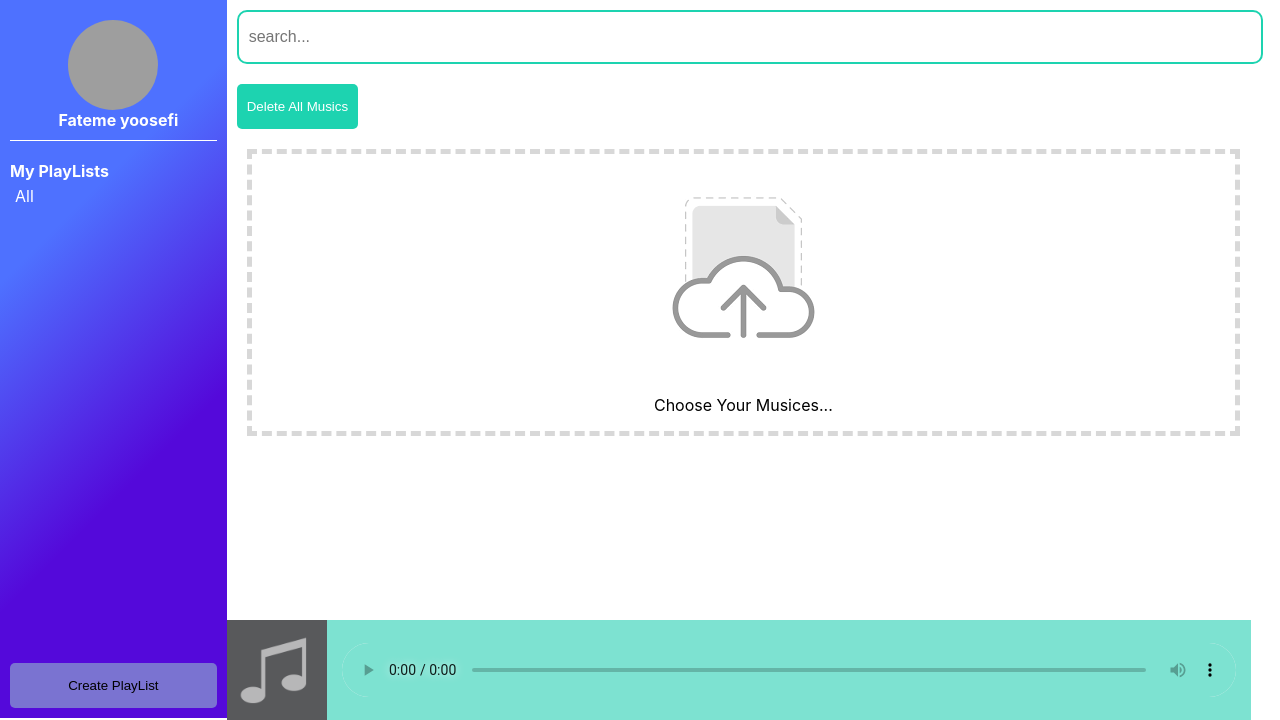
Repository: fateme81yosefi/musicPlayer
Page: /
The author's editor kept a copy of each file at every save. The page is drawn from the files as they stood at one save, then again after the next save.
The browser window is 1280 px wide. The pictures show the whole page.
Pictures or frames that could not be fetched are drawn as grey boxes. The project was rebuilt for these pictures with package versions that can differ from the ones it lists, and the page was loaded fresh each time.

Above is the page before, as saved 2025-06-28 13:48:54.

### src/App.js
import React from 'react';
import FileUploader from './Data/FileUploader/FileUploader';
import MainPage from './Components/MainPage/MainPage';


const App = () => {



  return (
    <div>
      <MainPage />
    </div>
  );
}

export default App;

### src/Data/FileUploader/FileUploader.js
import React, { useState, useEffect } from 'react';
import { useDropzone } from 'react-dropzone';
import { openDB } from 'idb';
import "./FileUploader.css";

const DB_NAME = 'AudioFilesDB';
const DB_VERSION = 1;
const STORE_NAME = 'audioFiles';

const initDB = async () => {
    const db = await openDB(DB_NAME, DB_VERSION, {
        upgrade(db) {
            if (!db.objectStoreNames.contains(STORE_NAME)) {
                const store = db.createObjectStore(STORE_NAME, { keyPath: 'name' });
                store.createIndex('category', 'category');
                store.createIndex('isFav', 'isFav');
            }
        }
    });
    return db;
};

const getStoredFiles = async (db) => {
    const tx = db.transaction(STORE_NAME, 'readonly');
    const store = tx.objectStore(STORE_NAME);
    return await store.getAll();
};

const storeFile = async (db, file) => {
    const tx = db.transaction(STORE_NAME, 'readwrite');
    const store = tx.objectStore(STORE_NAME);
    await store.put(file);
    await tx.done;
};


const FileUploader = ({ handlePlay, query, selectedCategory }) => {
    const [audioFiles, setAudioFiles] = useState([]);
    const [categories, setCategories] = useState([]);
    const [currentCategory, setCurrentCategory] = useState('All');


    const deleteAllFiles = async () => {
        const db = await initDB();
        const tx = db.transaction(STORE_NAME, 'readwrite');
        const store = tx.objectStore(STORE_NAME);
        await store.clear();
        await tx.done;
        window.location.reload()
    };

    useEffect(() => {
        const storedCategories = JSON.parse(localStorage.getItem('categories'));
        if (storedCategories) {
            setCategories(storedCategories);
        }
    }, []);


    useEffect(() => {
        setCurrentCategory(selectedCategory)
    }, [selectedCategory])


    useEffect(() => {
        if (query !== "") {
            setAudioFiles(audioFiles.filter((item) => item.name.toLowerCase().includes(query.toLowerCase())));
        } else {
            const fetchStoredFiles = async () => {
                const db = await initDB();
                const storedFiles = await getStoredFiles(db);
                setAudioFiles(storedFiles.map(file => ({
                    ...file,
                    data: URL.createObjectURL(new Blob([file.data], { type: file.type }))
                })));
            };

            fetchStoredFiles();
        }
    }, [query]);

    useEffect(() => {
        const fetchStoredFiles = async () => {
            const db = await initDB();
            const storedFiles = await getStoredFiles(db);
            setAudioFiles(storedFiles.map(file => ({
                ...file,
                data: URL.createObjectURL(new Blob([file.data], { type: file.type }))
            })));
        };

        fetchStoredFiles();
    }, []);

    const onDrop = async (acceptedFiles) => {
        const mp3Files = acceptedFiles.filter((file) => file.name.endsWith('.mp3'));

        const db = await initDB();

        for (const file of mp3Files) {
            const fileData = await file.arrayBuffer();
            await storeFile(db, { name: file.name, type: file.type, data: fileData, category: '' });
        }

        const storedFiles = await getStoredFiles(db);
        setAudioFiles(storedFiles.map(file => ({
            ...file,
            data: URL.createObjectURL(new Blob([file.data], { type: file.type }))
        })));
    };

    const handleCategoryChange = async (file, category) => {
        const updatedFile = { ...file, category };

        const db = await initDB();
        await storeFile(db, updatedFile);

        const storedFiles = await getStoredFiles(db);
        setAudioFiles(storedFiles.map(f => ({
            ...f,
            data: URL.createObjectURL(new Blob([f.data], { type: f.type }))
        })));
    };

    const { getRootProps, getInputProps } = useDropzone({ onDrop });

    return (
        <div className='containSingle'>

            <button className='deleteAll' onClick={deleteAllFiles}>Delete All Musics</button>
            {audioFiles
                .filter(file => currentCategory === "All" || file.category === currentCategory)
                .map((file, index) => (
                    <div className='singleSelectedAudio' key={index}>
                        <div className='row'>
                            <div className='containDetails'>
                                <img className='cover' alt="cover" src='/song_cover.png' />
                                <span className='name'>{file.name}</span>
                            </div>
                            <div className='row'>
                                <select
                                    value={file.category}
                                    onChange={(e) => handleCategoryChange(file, e.target.value)}
                                >
                                    <option value="">Select Category</option>
                                    {categories.map((category, index) => (
                                        <option key={index} value={category}>{category}</option>
                                    ))}
                                </select>
                                <button className='btnPlay' onClick={() => handlePlay(file)}>
                                    <img className='play' alt='icon' src='/play-button.svg' />
                                </button>
                            </div>
                        </div>
                        <audio className='selectedAudio' src={file.data} key={index} controls />
                    </div>
                ))}


            <div {...getRootProps()}>
                <input {...getInputProps()} />
                <div className='chooseFile'>
                    <img alt='drag file' src='/images.png' />
                    <p> Choose Your Musices...</p>
                </div>
            </div>
        </div>
    );
};

export default FileUploader;

### src/Components/MainPage/MainPage.js
import React, { useState, useEffect } from 'react';
import Modal from 'react-modal';
import FileUploader from "../../Data/FileUploader/FileUploader";
import "./MainPage.css";

const MainPage = () => {
    const [category, setCategory] = useState('');
    const [categories, setCategories] = useState([]);
    const [currentMusic, setCurrentMusic] = useState({});
    const [showModal, setShowModal] = useState(false);
    const [searchQuery, setSearchQuery] = useState('');
    const [selectedCategory, setSelectedCategory] = useState('');


    useEffect(() => {
        const storedCategories = JSON.parse(localStorage.getItem('categories'));
        if (storedCategories) {
            setCategories(storedCategories);
        }
    }, []);

    const handleAddCategory = () => {
        if (category) {
            const updatedCategories = [...categories, category];
            setCategories(updatedCategories);
            setCategory('');
            localStorage.setItem('categories', JSON.stringify(updatedCategories));
            setShowModal(false)
        }
    };

    const handlePlay = (file) => {
        setCurrentMusic(file);
    };


    return (
        <div className="container">
            <Modal
                isOpen={showModal}
                contentLabel="Create Playlist"
                className="modalCategory"
            >
                <h2>Create Playlist</h2>
                <input
                    type="text"
                    value={category}
                    placeholder='Enter Your Playlist Name'
                    onChange={(e) => setCategory(e.target.value)}
                />
                <button onClick={handleAddCategory}>Confirm</button>
            </Modal>

            <div className="leftMenue">
                <div className="top">
                    <div className="imageProfile">
                        <img src="https://encrypted-tbn0.gstatic.com/images?q=tbn:ANd9GcRXJA32WU4rBpx7maglqeEtt3ot1tPIRWptxA&s" alt="Profile" />
                        <div className="name">Fateme yoosefi</div>
                    </div>
                    <div className="categories">
                        <div className='playlist'>My PlayLists</div>
                        <div className='category' onClick={() => { setSelectedCategory('') }}>All</div>
                        {
                            categories.map((item, index) => <div key={index} className='category' onClick={() => { setSelectedCategory(item) }}>{item}</div>)
                        }
                    </div>
                </div>
                <button className='create' onClick={() => setShowModal(true)}>Create PlayList</button>
            </div>
            <div className="rightPage">
                <input className='inputSearch' placeholder="search..." onChange={(e) => setSearchQuery(e.target.value)}
                />
                <FileUploader handlePlay={handlePlay} query={searchQuery} selectedCategory={selectedCategory} />
                <div className="currentlyPlay">
                    <img src="/song_cover.png" alt="کاور آهنگ" />
                    <div className="containName">
                        <span className="musicName">{currentMusic.name}</span>
                        <audio id="player" src={currentMusic.data} controls ></audio>
                    </div>
                </div>
                <div>
                </div>
            </div>
        </div>
    )
};

export default MainPage;

### src/Data/FileUploader/FileUploader.css
.chooseFile{
    border: 5px dashed rgb(216, 216, 216);
    display: flex;
    flex-direction: column;
    align-items: center;
    justify-content: space-around;
    margin: 10px;
    margin-bottom: 100px;
}
.selectedAudio::-webkit-media-controls-panel{
    background-color: rgb(211, 211, 211);
    border: none;
}
.selectedAudio{
    border-radius: 0;
    background-color:  rgb(211, 211, 211);
    padding: 20px;
    width: 100% !important;
    display: none;
}
.singleSelectedAudio{
    background-color:  rgb(255, 255, 255);
    border-bottom: 1px solid rgb(238, 238, 238);
}
.row{
    display: flex;
    flex-direction: row;
    justify-content: space-between;
}

.cover{
   width: 40px;
   height: 40px;
}
.containDetails{
    display: flex;
    flex-direction: row;
    align-items: center;
    justify-content: center;
}

.containSingle{
    padding: 10px;
}
.name{
    margin-left: 10px;
}
.play{
    width: 30px;
    height:30px;
}
.btnPlay{
    background-color: transparent;
    border: none;
}

.deleteAll{
    background-color: #1dd3b0;
    margin-bottom: 10px;
    padding: 15px 10px;
    border-radius: 5px;
    border: none;
    color: #ffff;

}
select{
    background-color: #1dd3b0;
    padding: 10px;
    border: none;
    color: white;
}

### src/Components/MainPage/MainPage.css
.container {
  display: flex;
  flex-direction: row;
  background-color: #ffffff;
}
.leftMenue {
  background: linear-gradient(
    135deg,
    #4E71FF 0%,
    #4E71FF 30%,
    #5409DA 65%,
    #5409DA 100%
  );
  width: 20%;
  height: 97vh;
  display: flex;
  flex-direction: column;
  justify-content: space-between;
  padding: 10px;
}
.imageProfile {
  display: flex;
  flex-direction: column;
  align-items: center;
  border-bottom: 1px solid white;
  padding: 10px;
  color: #ffffff;
  font-weight: bold;
  justify-content: space-between;
}

.imageProfile img {
  border-radius: 100%;
  width: 90px;
  height: 90px;
}
.playlist {
  font-size: medium;
  color: #ffffff;
  font-weight: bold;
  margin-top: 20px;
}
.rightPage {
  width: 100%;
  height: 100vh;
  position: relative;
  padding: 0 20px 0 0;
  padding-left: 0;
}
.rightPage input {
  width: 97%;
  height: 40px;
  font-size: medium;
}
.currentlyPlay {
  display: flex;
  flex-direction: row;
  align-items: center;
  background-color: #7de2d1;
  height: 100px;
  bottom: 0;
  position: fixed;
  width: 80%;
}
.currentlyPlay img {
  width: 100px;
  height: 100px;
}
.containName {
  width: 100%;
  padding: 15px;
}
.musicName {
  font-weight: bold;
}
audio {
  width: 100%;
  display: flex;
  flex-direction: column;
  border: none;
}

audio::-webkit-media-controls-panel {
  background-color: #7de2d1;
  border: none;
}
.rightPage {
  overflow: scroll;
}
.modalCategory {
  position: fixed;
  background-color: #7de2d1;
  top: 50%;
  left: 50%;
  transform: translate(-50%, -50%);
  width: 30%;
  display: flex;
  flex-direction: column;
  align-items: center;
  justify-content: center;
  color: white;
}
.modalCategory input {
  padding: 10px;
  margin-bottom: 10px;
  width: 80%;
}
.modalCategory button {
  background-color: #1dd3b0;
  margin-bottom: 10px;
  padding: 15px 10px;
  border-radius: 5px;
  border: none;
  color: #ffff;
}

.category {
  font-size: medium;
  color: #ffffff;
  margin-left: 5px;
  margin: 5px;
}

.inputSearch {
  margin: 10px;
  border: 2px solid #1dd3b0;
  padding: 5px 10px;
  border-radius: 10px;
}

.create {
  padding: 15px 10px;
  border-radius: 5px;
  background-color: #7A73D1;
  border: none;
}
h3,
h4 {
  color: white;
}

Loaded but not shown: public/index.html (common file); src/index.js (common file); src/index.css (common file); src/reportWebVitals.js (common file)

After the next save:
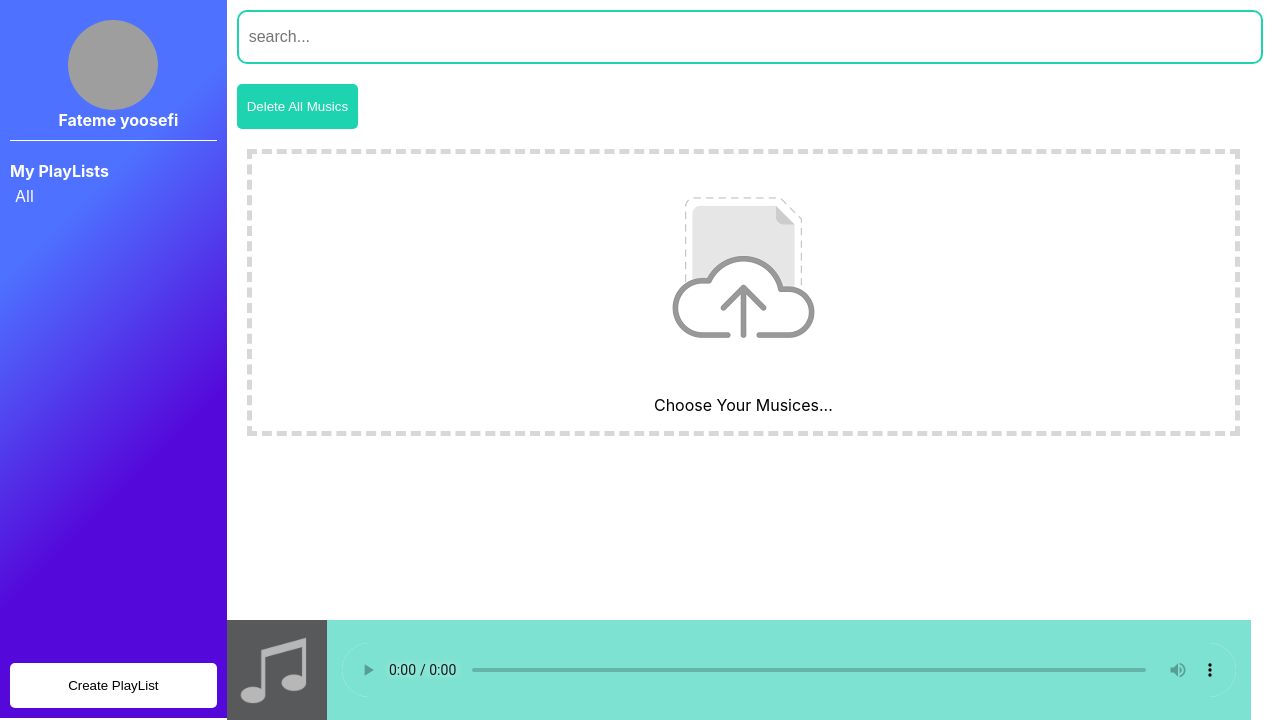
Saved 63 s later.
--- a/src/Components/MainPage/MainPage.css
+++ b/src/Components/MainPage/MainPage.css
@@ -131,7 +131,7 @@ audio::-webkit-media-controls-panel {
 .create {
   padding: 15px 10px;
   border-radius: 5px;
-  background-color: #7A73D1;
+  background-color: #ffffff;
   border: none;
 }
 h3,
